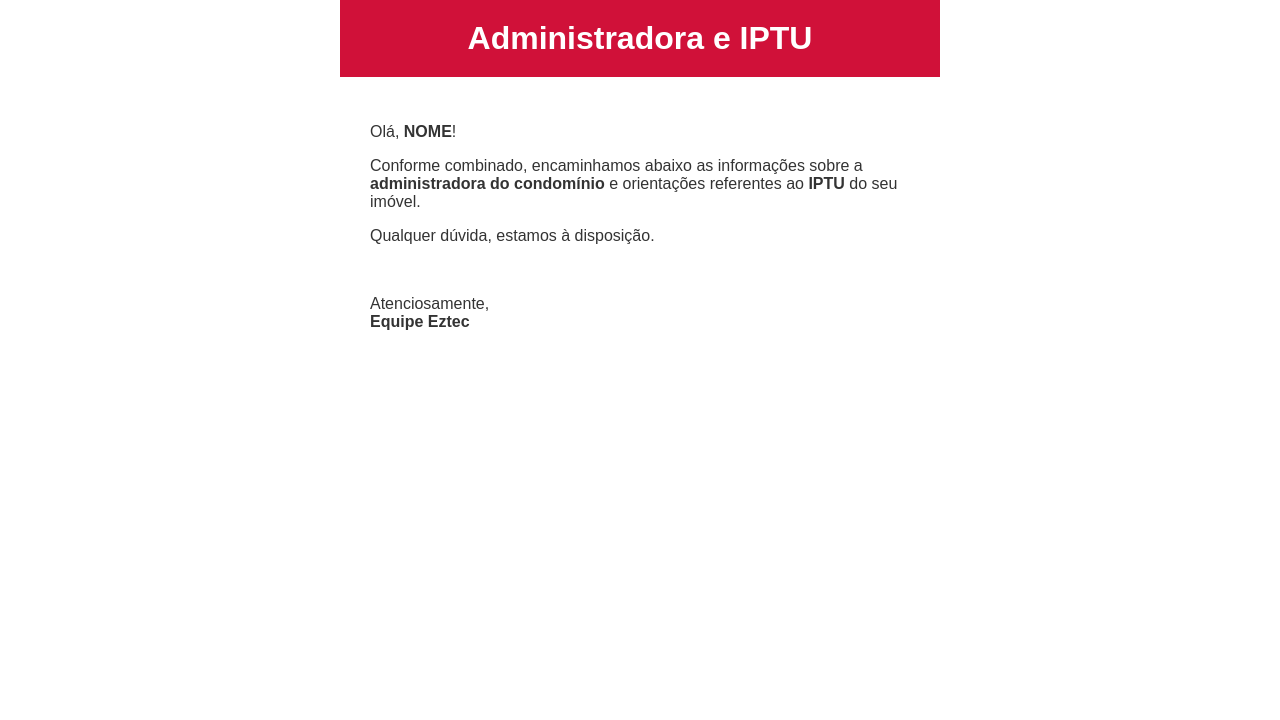
Repository: Miked0/Bot-API-First
Page: templates/administradora_iptu.html
The author's editor kept a copy of each file at every save. The page is drawn from the files as they stood at one save, then again after the next save.
The browser window is 1280 px wide. The pictures show the whole page.

Above is the page before, as saved 2026-03-16 21:03:13.

### templates/administradora_iptu.html
<!DOCTYPE html>
<html lang="pt-BR">
<body style="font-family: Arial, sans-serif; color: #333; max-width: 600px; margin: auto;">
  <div style="background-color: #D01139; padding: 20px; text-align: center;">
    <h1 style="color: white; margin: 0;">Administradora e IPTU</h1>
  </div>
  <div style="padding: 30px;">
    <p>Olá, <strong>NOME</strong>!</p>
    <p>Conforme combinado, encaminhamos abaixo as informações sobre a <strong>administradora do condomínio</strong> e orientações referentes ao <strong>IPTU</strong> do seu imóvel.</p>
    <p>Qualquer dúvida, estamos à disposição.</p>
    <br>
    <p>Atenciosamente,<br><strong>Equipe Eztec</strong></p>
  </div>
</body>
</html>

After the next save:
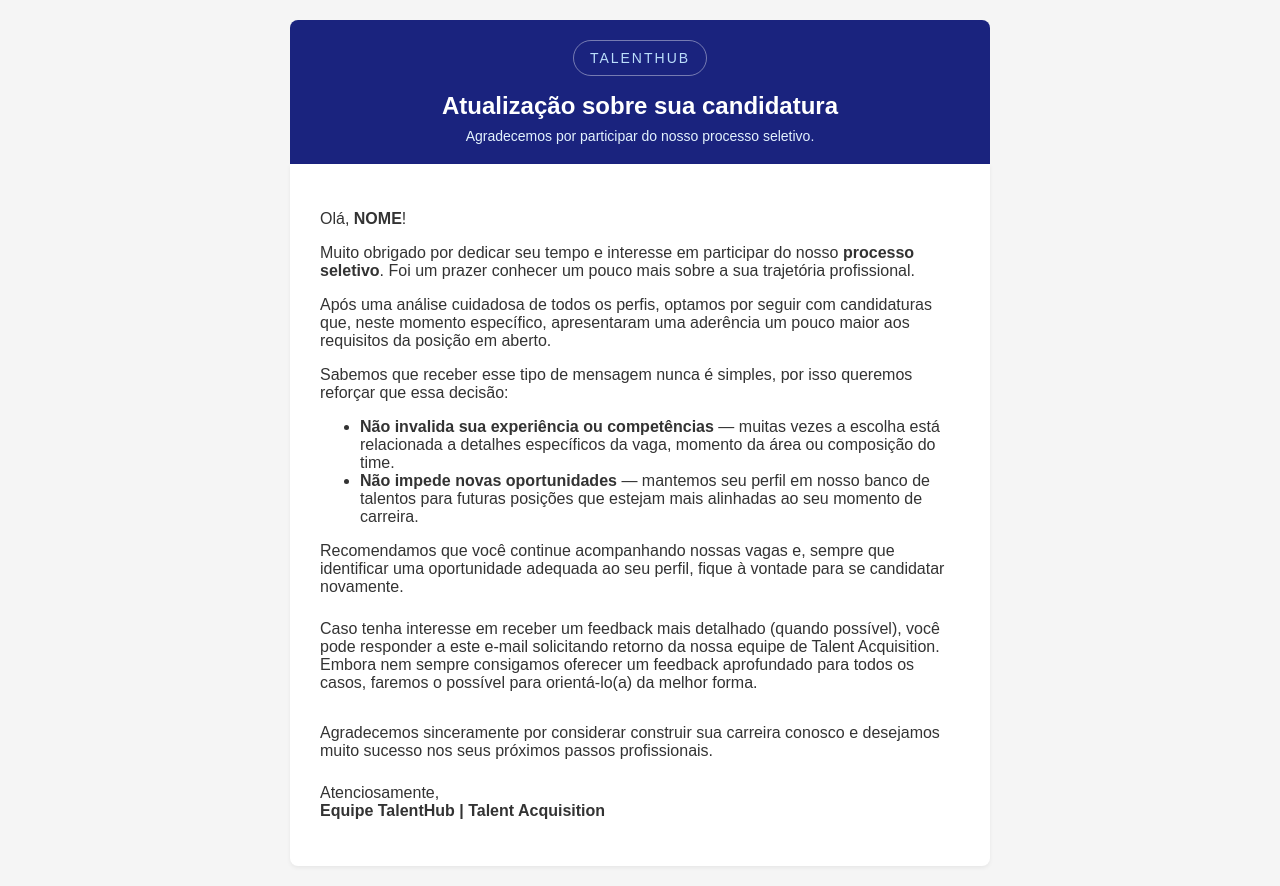
Saved 14 s later.
--- a/templates/administradora_iptu.html
+++ b/templates/administradora_iptu.html
@@ -1,15 +1,76 @@
 <!DOCTYPE html>
 <html lang="pt-BR">
-<body style="font-family: Arial, sans-serif; color: #333; max-width: 600px; margin: auto;">
-  <div style="background-color: #D01139; padding: 20px; text-align: center;">
-    <h1 style="color: white; margin: 0;">Administradora e IPTU</h1>
+<body style="font-family: Arial, sans-serif; color: #333; max-width: 700px; margin: auto; background-color: #f5f5f5; padding: 20px;">
+
+  <!-- Cabeçalho / "Logo" da empresa -->
+  <div style="background-color: #1a237e; padding: 20px; text-align: center; border-radius: 8px 8px 0 0;">
+    <div style="display: inline-block; padding: 8px 16px; border-radius: 999px; border: 1px solid rgba(255,255,255,0.4);">
+      <span style="font-size: 14px; color: #bbdefb; letter-spacing: 2px; text-transform: uppercase;">
+        TalentHub
+      </span>
+    </div>
+    <h1 style="color: #ffffff; margin: 16px 0 8px; font-size: 24px;">
+      Atualização sobre sua candidatura
+    </h1>
+    <p style="color: #e3f2fd; margin: 0; font-size: 14px;">
+      Agradecemos por participar do nosso processo seletivo.
+    </p>
   </div>
-  <div style="padding: 30px;">
+
+  <!-- Corpo do e-mail -->
+  <div style="background-color: #ffffff; padding: 30px; border-radius: 0 0 8px 8px; box-shadow: 0 2px 4px rgba(0,0,0,0.06);">
+
     <p>Olá, <strong>NOME</strong>!</p>
-    <p>Conforme combinado, encaminhamos abaixo as informações sobre a <strong>administradora do condomínio</strong> e orientações referentes ao <strong>IPTU</strong> do seu imóvel.</p>
-    <p>Qualquer dúvida, estamos à disposição.</p>
-    <br>
-    <p>Atenciosamente,<br><strong>Equipe Eztec</strong></p>
+
+    <p>
+      Muito obrigado por dedicar seu tempo e interesse em participar do nosso
+      <strong>processo seletivo</strong>. Foi um prazer conhecer um pouco mais sobre a sua
+      trajetória profissional.
+    </p>
+
+    <p>
+      Após uma análise cuidadosa de todos os perfis, optamos por seguir com candidaturas
+      que, neste momento específico, apresentaram uma aderência um pouco maior aos
+      requisitos da posição em aberto.
+    </p>
+
+    <p>
+      Sabemos que receber esse tipo de mensagem nunca é simples, por isso queremos reforçar
+      que essa decisão:
+    </p>
+    <ul>
+      <li>
+        <strong>Não invalida sua experiência ou competências</strong> — muitas vezes a escolha
+        está relacionada a detalhes específicos da vaga, momento da área ou composição do time.
+      </li>
+      <li>
+        <strong>Não impede novas oportunidades</strong> — mantemos seu perfil em nosso banco
+        de talentos para futuras posições que estejam mais alinhadas ao seu momento de carreira.
+      </li>
+    </ul>
+
+    <p style="margin-top: 16px;">
+      Recomendamos que você continue acompanhando nossas vagas e, sempre que identificar
+      uma oportunidade adequada ao seu perfil, fique à vontade para se candidatar novamente.
+    </p>
+
+    <p style="margin-top: 24px;">
+      Caso tenha interesse em receber um feedback mais detalhado (quando possível),
+      você pode responder a este e-mail solicitando retorno da nossa equipe de
+      Talent Acquisition. Embora nem sempre consigamos oferecer um feedback aprofundado
+      para todos os casos, faremos o possível para orientá-lo(a) da melhor forma.
+    </p>
+
+    <p style="margin-top: 32px;">
+      Agradecemos sinceramente por considerar construir sua carreira conosco e desejamos
+      muito sucesso nos seus próximos passos profissionais.
+    </p>
+
+    <p style="margin-top: 24px;">
+      Atenciosamente,<br>
+      <strong>Equipe TalentHub | Talent Acquisition</strong>
+    </p>
   </div>
+
 </body>
 </html>
